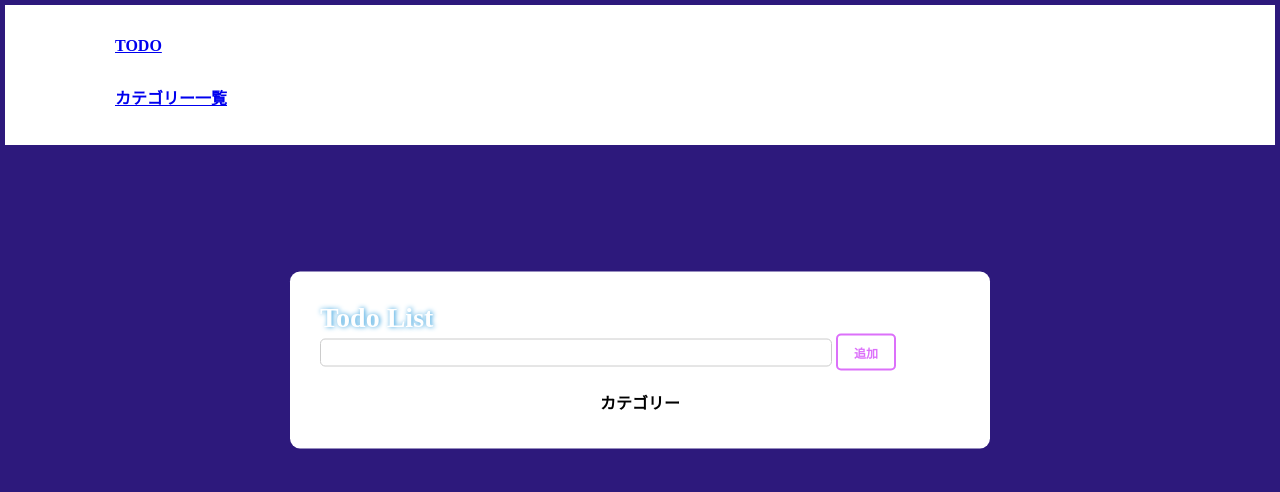
Repository: azuma2/cate
Page: http://localhost/cate
These files come from the project's save history. The page is drawn as it stood at one moment and after the next save; the edit follows.
The browser window is 1280 px wide. The pictures show the whole page.
The page is served by the project's Laravel application, run on PHP 8.4 with Laravel 8. Other server files are loaded and not shown. Queries for data that is not in the repository find no rows.

Above is the page before, as saved 2022-05-17 03:39:21.

### routes/web.php
<?php

use Illuminate\Support\Facades\Route;
use App\Http\Controllers\TodoController;
use App\Http\Controllers\CateController;


Route::get('/', [TodoController::class, 'index']);
Route::get('/cate', [CateController::class, 'index']);
Route::post('/todo/create', [TodoController::class, 'create']);
Route::post('/todo/update', [TodoController::class, 'update']);
Route::post('/todo/delete', [TodoController::class, 'remove']);
Route::post('/todo/search', [TodoController::class, 'search']);
Route::post('/cate/create', [CateController::class, 'create']);
Route::post('/cate/update', [CateController::class, 'update']);
Route::post('/cate/delete', [CateController::class, 'remove']);
Route::post('/cate/search', [CateController::class, 'search']);

### app/Http/Controllers/CateController.php
<?php

namespace App\Http\Controllers;

use App\Models\Todo;
use App\Models\Cate;
use Illuminate\Http\Request;
use Illuminate\Support\Facades\DB;

class CateController extends Controller
{
    public function index()
    {
        $items = Cate::all();
        $items = DB::select('select * from cates');
        return view('cate', ['items' => $items]);
    }

    public function create(Request $request)
    {
        $param = ['content' => $request->content,];
        $this->validate($request, Cate::$rules);
        DB::insert('insert into cates (content) values (:content)', $param);
        return redirect('/');
    }

    public function update(Request $request)
    {
         $param = [
            'id' => $request->id,
            'content' => $request->content,

        ];
        $this->validate($request, Cate::$rules);
        DB::update('update cates set content =:content where id =:id', $param);
        return redirect('/');
    }

    public function remove(Request $request)
    {
        $param = ['id' => $request->id];
        DB::delete('delete from cates where id =:id', $param);
        return redirect('/');
    }

}

### app/Models/cate.php
<?php


namespace App\Models;

use Illuminate\Database\Eloquent\Factories\HasFactory;
use Illuminate\Database\Eloquent\Model;
use App\Models\Todo;

class Cate extends Model
{
    use HasFactory;

    protected $fillable = ['content'];

    public static $rules = array(
        'content' => 'required|max:10',
    );

    public function todo(){
        return $this->belongsTo('App\Models\todo');
    }


}

### resources/views/cate.blade.php
<style>
    body {
      font-size:16px;
      margin: 5px;
      background-color: #2d197c;
    }


header{
  padding-right:50px;
  padding-left:50px;
  padding-top:20px;
  position: sticky;
  left: 0;
  top: 0;
  background: #fff;
}
.head {
  justify-content: space-between;
  display: flex;
  font-weight: bolder;
  position: sticky;
  bottom: 0;
}

.head1{
  padding: 10px;
  margin: 10px;
}

.head2{
  padding: 10px;
  margin: 10px;
}

ul{
  list-style: none;
  margin-top: -8px;
}

    td {
      padding: 5px 10px;
      text-align: center;
    }

    .narabe{
      display:flex;
      flex-flow: column;
    }

    .button {
    text-align: left;
    border: 2px solid #dc70fa;
    font-size: 12px;
    color: #dc70fa;
    background-color: #fff;
    font-weight: bold;
    padding: 8px 16px;
    border-radius: 5px;
    cursor: pointer;
    transition: 0.4s;
    outline: none;
}
.input-add {
    width: 80%;
    padding: 5px;
    border-radius: 5px;
    border: 1px solid #ccc;
    appearance: none;
    font-size: 14px;
    outline: none;
}
.input-update {
    width: 90%;
    padding: 5px;
    border-radius: 5px;
    border: 1px solid #ccc;
    appearance: none;
    font-size: 14px;
    outline: none;
}
    .card {
    background-color: #fff;
    width: 50vw;
    padding: 30px;
    position: absolute;
    top: 50%;
    left: 50%;
    transform: translate(-50%, -50%);
    border-radius: 10px;
}
    h2 {
      font-size:28px;
      color:white;
      text-shadow:1px 0 5px #289ADC;
      margin-left: 1px;
      margin: 0;
    }
    .content {
      margin:10px;
    }
</style>
<body>
  <header>
    <div class="head">
      <ul>
        <li class="head1"><a href="{{ url('/') }}">TODO</a></li>
        <li class="head2"><a href="{{ url('/cate') }}">カテゴリー一覧</a></li>
      </ul>
    </div>
  </header>
  <div class="container">
    <div class="card">
      <h2 class="title">Todo List</h2>
            <div class="todo">
              @if ($errors->has('content'))
                  <tr>
                    <th>ERROR</th>
                  <td>
                  {{$errors->first('content')}}
                </td>
            </tr>
          @endif
        <form action="/cate/create" method="post">
            @csrf
          <input type="text" class="input-add" name="content">
          <input class="button" type="submit" value="追加" />
        </form>
          <div class="narabe">
        <table>
            @csrf
          <tr>
            <th>カテゴリー</th>
          </tr>

                    <tr>
            @foreach ($items as $item)

            <td>

            </td>

            <form action="/cate/update" method="post">
              @csrf
              <td>
                <input type="text" class="input-update" value="{{$item->content}}" name="content" />
              </td>
              <td>
                <input type="hidden"  name="id" value="{{$item->id}}">
                <input class="button" type="submit" value="更新" >
              </td>
            </form>
            <td>
              <form action="/cate/delete" method="post" >
                    @csrf
                <input  type="hidden" name="id" value="{{$item->id}}" >
                <input class="button" type="submit" value="削除" >
              </form>
            </td>
            </div>
          </tr>
          @endforeach
        </table>
      </div>
    </div>
  </div>
  </div>

</body>
</html>

Loaded but not shown: app/Http/Controllers/Controller.php (common file)

After the next save:
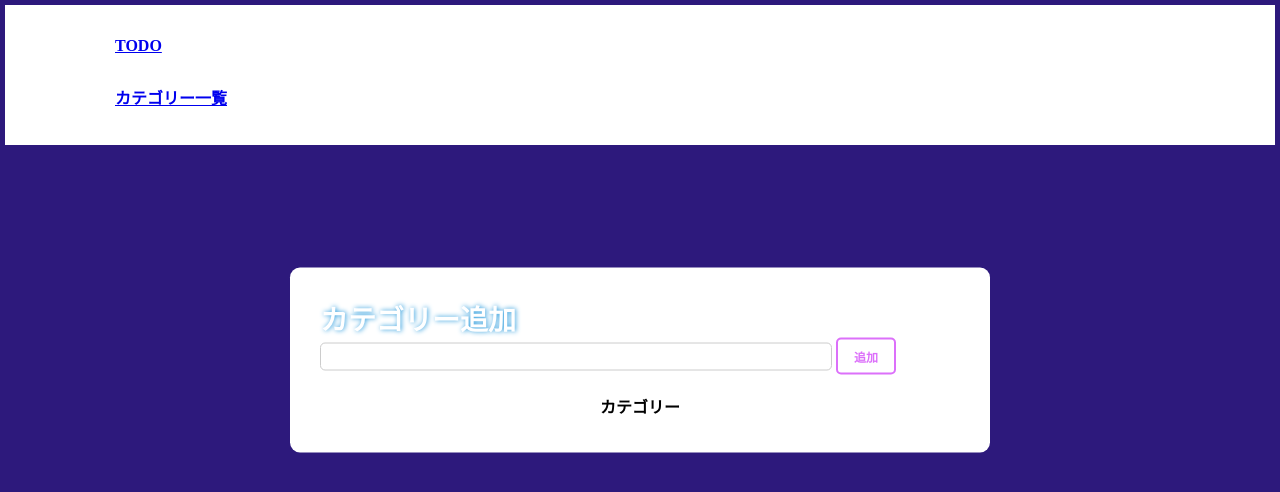
Saved 28 s later.
--- a/resources/views/cate.blade.php
+++ b/resources/views/cate.blade.php
@@ -111,7 +111,7 @@ ul{
   </header>
   <div class="container">
     <div class="card">
-      <h2 class="title">Todo List</h2>
+      <h2 class="title">カテゴリー追加</h2>
             <div class="todo">
               @if ($errors->has('content'))
                   <tr>
